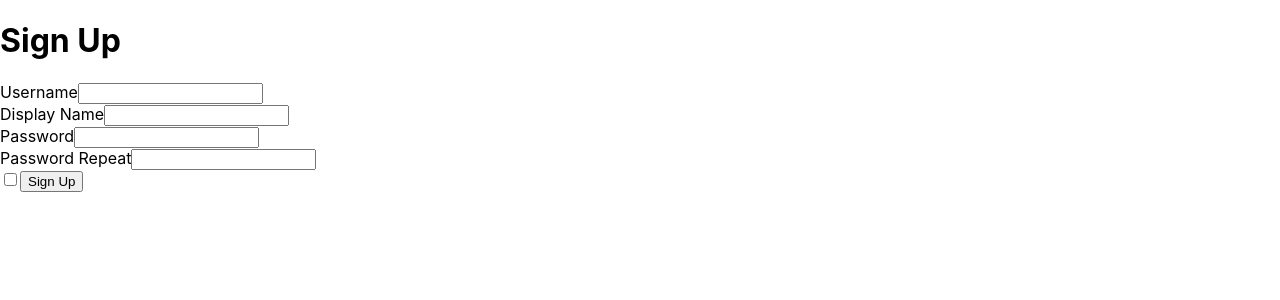
Repository: adnanyagmur/hoaxify-reactJs-frontend
Page: /
The author's editor kept a copy of each file at every save. The page is drawn from the files as they stood at one save, then again after the next save.
The browser window is 1280 px wide. The pictures show the whole page.
The project was rebuilt for these pictures with package versions that can differ from the ones it lists, and the page was loaded fresh each time. Also part of the build but not shown: src/App.css, src/App.js.

Above is the page before, as saved 2022-09-01 13:26:38.

### src/index.js
import React from 'react';
import ReactDOM from 'react-dom/client';
import './index.css';
//import './bootstrap-override.scss';
import App from './App';
import UserSignupPage from './UserSignupPage';
import reportWebVitals from './reportWebVitals';

const root = ReactDOM.createRoot(document.getElementById('root'));
root.render(
  <React.StrictMode>
    <UserSignupPage />
  </React.StrictMode>
);

// If you want to start measuring performance in your app, pass a function
// to log results (for example: reportWebVitals(console.log))
// or send to an analytics endpoint. Learn more: https://bit.ly/CRA-vitals
reportWebVitals();

### src/UserSignupPage.js
import React from "react";

class UserSignupPage extends React.Component {

    state = {
        username: null
    }

    onChangeUserName = event  =>{
         console.log(event.target.value);
         this.state.username = event.target.value;
         console.log(event.target.value)
    }

    render() {
        return (
            <form>
                <h1>Sign Up</h1>
                <div>
                <label>Username</label>
                <input onChange={this.onChangeUserName}/>
                </div>
                <div>
                <label>Display Name</label>
                <input/>
                </div>
                <div>
                <label>Password</label>
                <input type="Password"/>
                </div>
                <div>
                <label>Password Repeat</label>

                <input type="Password"/>
                </div>
                <div>
                <input type="checkbox"></input>
                <button>Sign Up</button>
                </div>
            </form>

        )
    }
}

export default UserSignupPage;

Loaded but not shown: src/index.css (common file); src/reportWebVitals.js (common file)

After the next save:
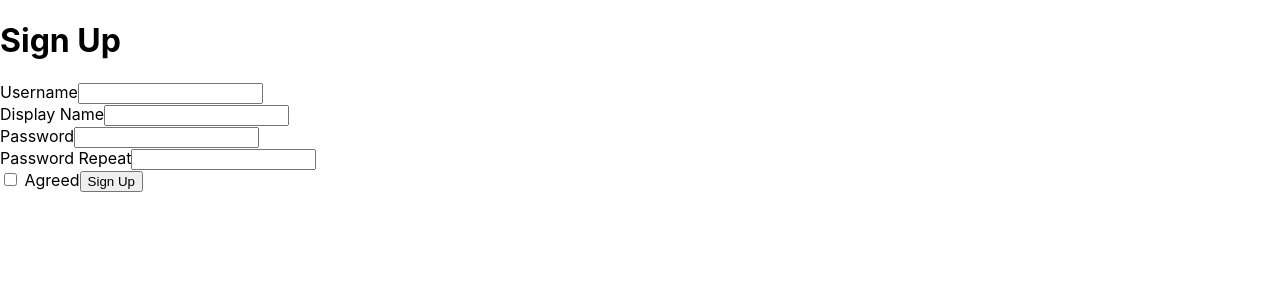
Saved 37 s later.
--- a/src/UserSignupPage.js
+++ b/src/UserSignupPage.js
@@ -34,7 +34,7 @@ class UserSignupPage extends React.Component {
                 <input type="Password"/>
                 </div>
                 <div>
-                <input type="checkbox"></input>
+                <input type="checkbox"></input> Agreed
                 <button>Sign Up</button>
                 </div>
             </form>
